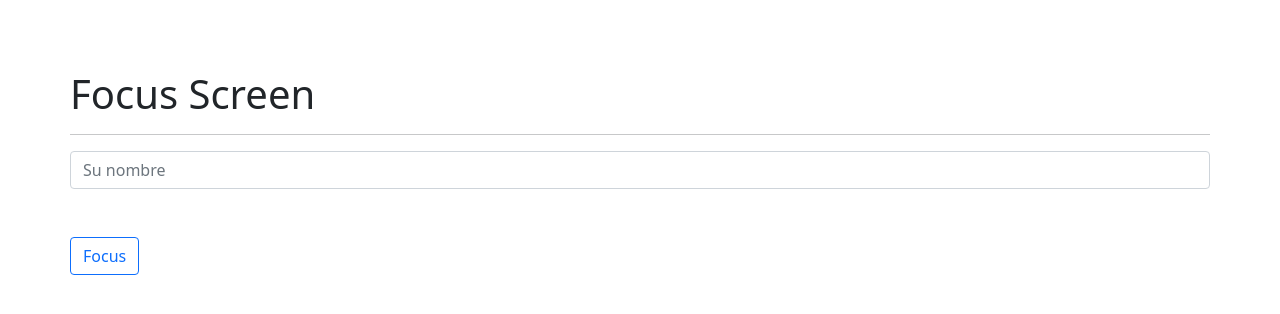
Repository: ppfeliuu/hooks-app
Page: /
The author's editor kept a copy of each file at every save. The page is drawn from the files as they stood at one save, then again after the next save.
The browser window is 1280 px wide. The pictures show the whole page.
The project was rebuilt for these pictures with package versions that can differ from the ones it lists, and the page was loaded fresh each time. Also part of the build but not shown: src/components/01-useState/CounterApp.js, src/hooks/useCounter.js, src/components/01-useState/CounterWithCustomHook.js, src/hooks/useForm.js, src/components/02-useEffect/FormWithCustomHook.js, src/components/02-useEffect/Message.js, src/components/02-useEffect/SimpleForm.js, src/hooks/useFetch.js and 2 more.

Above is the page before, as saved 2021-05-29 22:45:17.

After the next save:
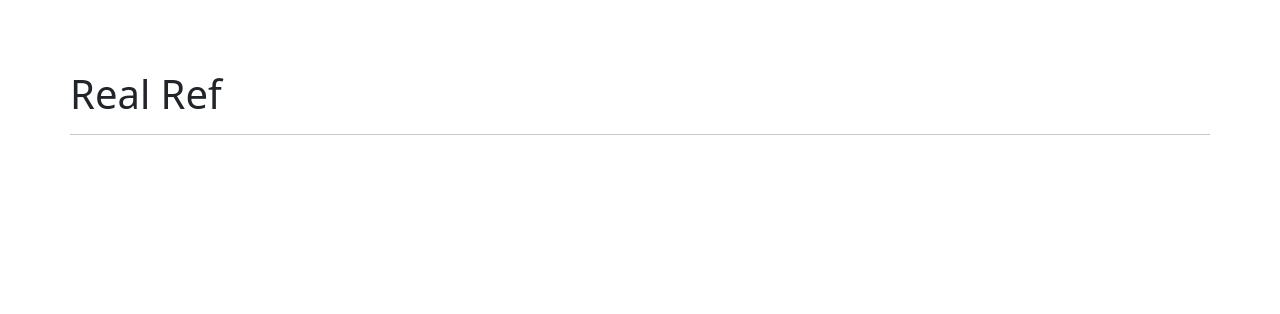
Saved 9 s later.
--- a/src/index.js
+++ b/src/index.js
@@ -5,7 +5,8 @@ import { CounterWithCustomHook } from "./components/01-useState/CounterWithCusto
 import { FormWithCustomHook } from "./components/02-useEffect/FormWithCustomHook";
 import { SimpleForm } from "./components/02-useEffect/SimpleForm";
 import { FocusScreen } from "./components/04-useRef/FocusScreen";
+import { RealExampleRef } from "./components/04-useRef/RealExampleRef";
 import { MultipleCustomHooks } from "./components/examples/MultipleCustomHooks";
 import { HookApp } from "./HookApp";
 
-ReactDOM.render(<FocusScreen />, document.getElementById("root"));
+ReactDOM.render(<RealExampleRef />, document.getElementById("root"));
